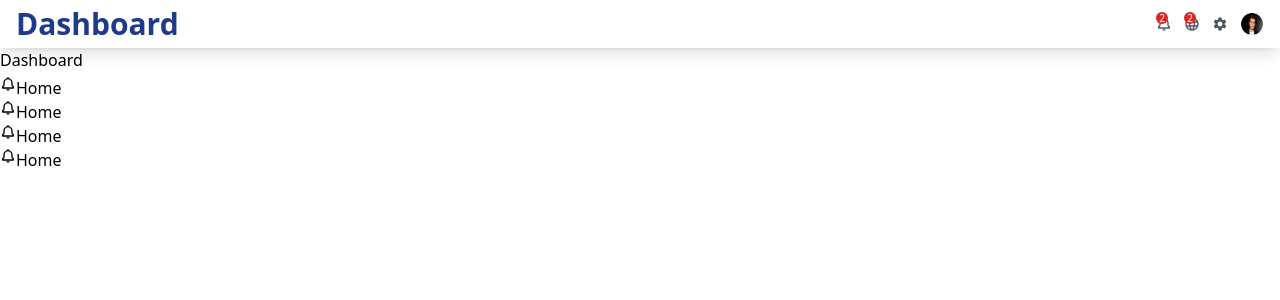
Repository: nation430/React-AdminDashboard
Page: /
The author's editor kept a copy of each file at every save. The page is drawn from the files as they stood at one save, then again after the next save.
The browser window is 1280 px wide. The pictures show the whole page.
The project was rebuilt for these pictures with package versions that can differ from the ones it lists, and the page was loaded fresh each time.

Above is the page before, as saved 2022-08-17 16:46:44.

After the next save:
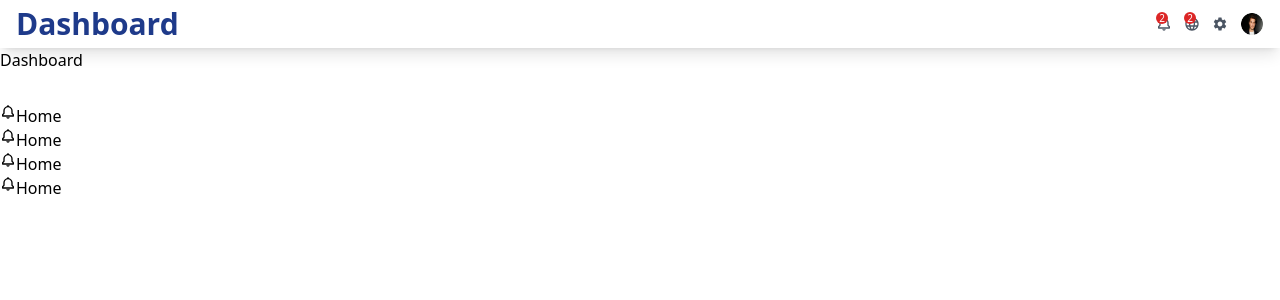
Saved 19 s later.
--- a/src/components/sidebar/Sidebar.jsx
+++ b/src/components/sidebar/Sidebar.jsx
@@ -7,7 +7,7 @@ export default function sidebar(){
             <div className="sidebarMenu">
                 <h3 className="sidebarTitle">Dashboard</h3>
                 <ul className="sidebarList">
-                    <li className="sidebarListItems flex mt-1">
+                    <li className="sidebarListItems flex mt-8">
                     <BiBell />
                     Home
                     </li>
